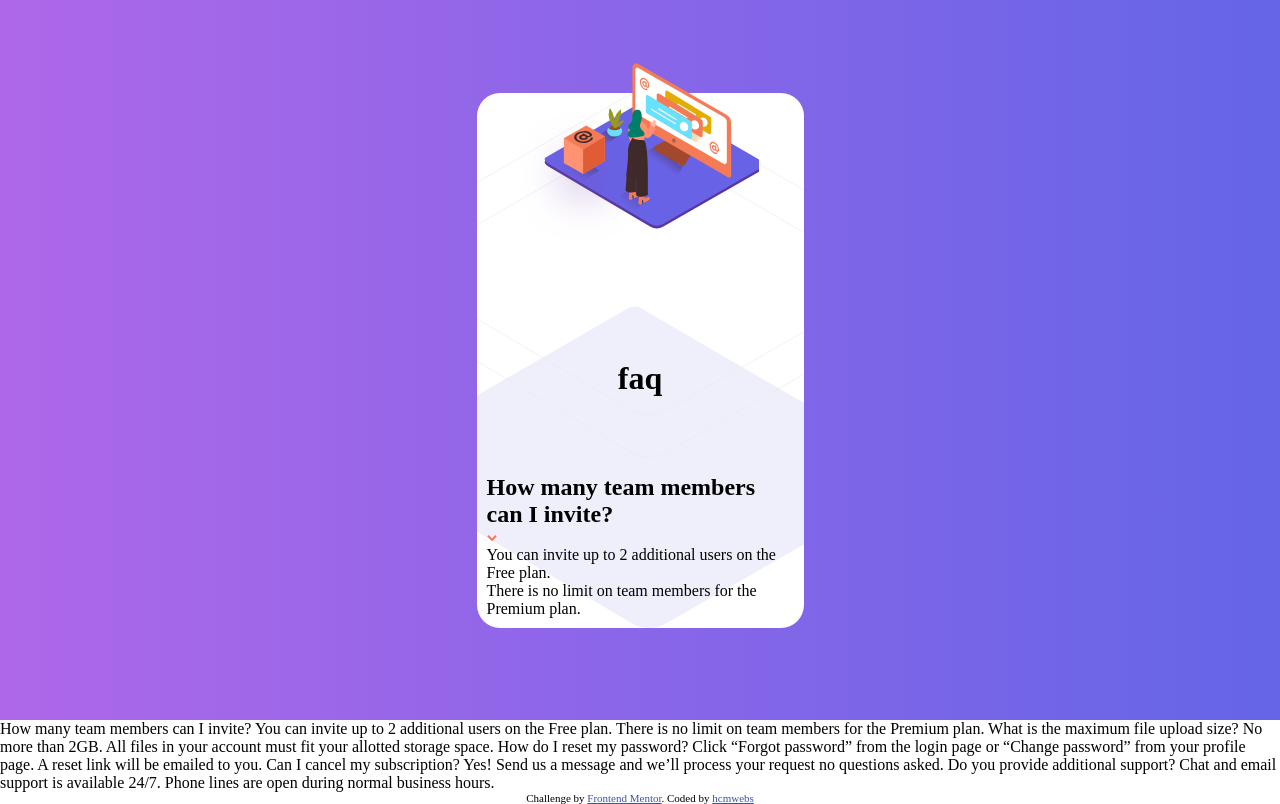
Repository: Hcmwebs/faq-accordion-card
Page: index.html
The author's editor kept a copy of each file at every save. The page is drawn from the files as they stood at one save, then again after the next save.
The browser window is 1280 px wide. The pictures show the whole page.
The style sheet was rebuilt from its Sass, Less or Tailwind sources for each picture, by a compiler version that may differ from the author's.

Above is the page before, as saved 2020-11-05 14:03:05.

### index.html
<!DOCTYPE html>
<html lang="en">
  <head>
    <meta charset="UTF-8" />
    <meta name="viewport" content="width=device-width, initial-scale=1.0" />
    <!-- displays site properly based on user's device -->

    <link
      rel="icon"
      type="image/png"
      sizes="32x32"
      href="./images/favicon-32x32.png"
    />
    <link rel="stylesheet" href="css/main.min.css" />

    <title>Frontend Mentor | FAQ Accordion Card</title>

    <!-- Feel free to remove these styles or customise in your own stylesheet 👍 -->
    <style>
      .attribution {
        font-size: 11px;
        text-align: center;
      }
      .attribution a {
        color: hsl(228, 45%, 44%);
      }
    </style>
  </head>
  <body>
    <div class="container">
      <div class="card">
        <div class="card__header">
          <img
            src="/images/illustration-woman-online-mobile.svg"
            alt="image of a woman online"
          />
        </div>
        <h1>faq</h1>
        <div class="card__body">
          <div class="card__body--text">
            <div class="card__body--text-title">
              <h2>How many team members can I invite?</h2>
              <span>
                <img src="/images/icon-arrow-down.svg" alt="icon-arrow-down" />
              </span>
            </div>
            <p>
              You can invite up to 2 additional users on the Free plan. <br />
              There is no limit on team members for the Premium plan.
            </p>
          </div>
          <div class="divider"></div>
        </div>
      </div>
    </div>

    How many team members can I invite? You can invite up to 2 additional users
    on the Free plan. There is no limit on team members for the Premium plan.
    What is the maximum file upload size? No more than 2GB. All files in your
    account must fit your allotted storage space. How do I reset my password?
    Click “Forgot password” from the login page or “Change password” from your
    profile page. A reset link will be emailed to you. Can I cancel my
    subscription? Yes! Send us a message and we’ll process your request no
    questions asked. Do you provide additional support? Chat and email support
    is available 24/7. Phone lines are open during normal business hours.

    <div class="attribution">
      Challenge by
      <a href="https://www.frontendmentor.io?ref=challenge" target="_blank"
        >Frontend Mentor</a
      >. Coded by
      <a
        href="https://github.com/Hcmwebs/faq-accordion-card.git"
        target="_blank"
        rel="noopener noreferrer"
        >hcmwebs</a
      >
    </div>
  </body>
</html>

### scss/main.scss

// /*====fonts====*/

// @import url('https://fonts.googleapis.com/css2?family=Kumbh+Sans:wght@400;700&display=swap');

// $font-stack: 'Kumbh Sans',sans-serif;
// $font-size: 12px;
// $font-light: 400;
// $font-bold: 700;


// /*====primary color====*/
// /*====text-color====*/

// $veryDarkDesaturatedBlue: hsl(238, 29%, 16%);
// $softRed: hsl(14, 88%, 65%);

// /*====background -gradient====*/

// $gradientSoftViolet: hsl(273, 75%, 66%);
// $gradientSoftBlue: hsl(240, 73%, 65%);

// /*====Neutral color====*/
// /*====text-color====*/

// $veryDarkGrayishBlue: hsl(237, 12%, 33%);
// $darkGrayishBlue: hsl(240, 6%, 50%);

// /*====dividers-color====*/

// $dividersLightGrayishBlue: hsl(240, 5%, 91%);

@import 'variables';
@import 'mixins';


*{
  margin: 0;
  padding: 0;
  box-sizing: border-box;
}

.body{
width: 100%;
height: 100vh;
font-family: $font-stack;
font-size: $font-size;
font-weight: $font-light;
@include grid($center);
}

.container{
  width: 100%;
  height: 100vh;
  background: linear-gradient(90deg,$gradientSoftViolet 0%,$gradientSoftBlue 100%);
  @include flex($column, $center, $center);

  .card{
    width: 327px;
    height:535px;
    background-image: url(/images/bg-pattern-mobile.svg );
    background-size:contain;
    background-repeat: no-repeat;
    background-position: top center;
    background-color: #fff;
    border-radius:23px;
    padding: 10px;
    @include flex(column,space-between,center);


    &__header{
      width: 237px;
      height: 180px;
      transform: translateY(-40px);

      img{
        width: 100%;
        height: 100%;
        object-fit: cover;
      }

    }

    &__body{

      h1{
        font-weight: $font-bold;
        text-transform: uppercase;
      }

    }

  }
}

@import 'medias';

### scss/_variables.scss
/*====fonts====*/

@import url('https://fonts.googleapis.com/css2?family=Kumbh+Sans:wght@400;700&display=swap');

$font-stack: 'Kumbh Sans',sans-serif;
$font-size: 12px;
$font-light: 400;
$font-bold: 700;


/*====primary color====*/
/*====text-color====*/

$veryDarkDesaturatedBlue: hsl(238, 29%, 16%);
$softRed: hsl(14, 88%, 65%);

/*====background -gradient====*/

$gradientSoftViolet: hsl(273, 75%, 66%) ;
$gradientSoftBlue: hsl(240, 73%, 65%);

/*====Neutral color====*/
/*====text-color====*/

$veryDarkGrayishBlue: hsl(237, 12%, 33%);
$darkGrayishBlue: hsl(240, 6%, 50%);

/*====dividers-color====*/

$dividersLightGrayishBlue: hsl(240, 5%, 91%);


/*====alignments====*/
$flexStart: flex-start;
$flexEnd: flex-End;
$center: center;
$spaceAround: space-around;
$spaceBtwn: space-between;


/*====placeItems====*/

$placeItems: place-items;


/*====justify====*/

$justify: justify-content;

/*====align====*/
$align: align-items;

/*====direction====*/
$direction: flex-direction;
$row:row;
$column:column;

### scss/_mixins.scss
/*====grid====*/
@mixin grid($placeItemss) {

  display: grid;
  justify-content: $justify;
  align-items: $align;
}

@mixin flex ($direction, $justify, $align) {
  display: flex;
  flex-direction: $direction;
  justify-content: $justify;
  align-items: $align;

}

### scss/_medias.scss
/*====Mobile: 375px;====*/
/*====Desktop: 1440px;====*/


@media(max-width: 1440px){
  .container{
    min-width: 800px;


    .card{
      background-position: center center;
      background-repeat:no-repeat;
      background-size:cover;
      background-image:url(/images/bg-pattern-desktop.svg);
    }
  }
}

@media(max-width:375px){
  .container{
    min-width:320px;
  }
}

After the next save:
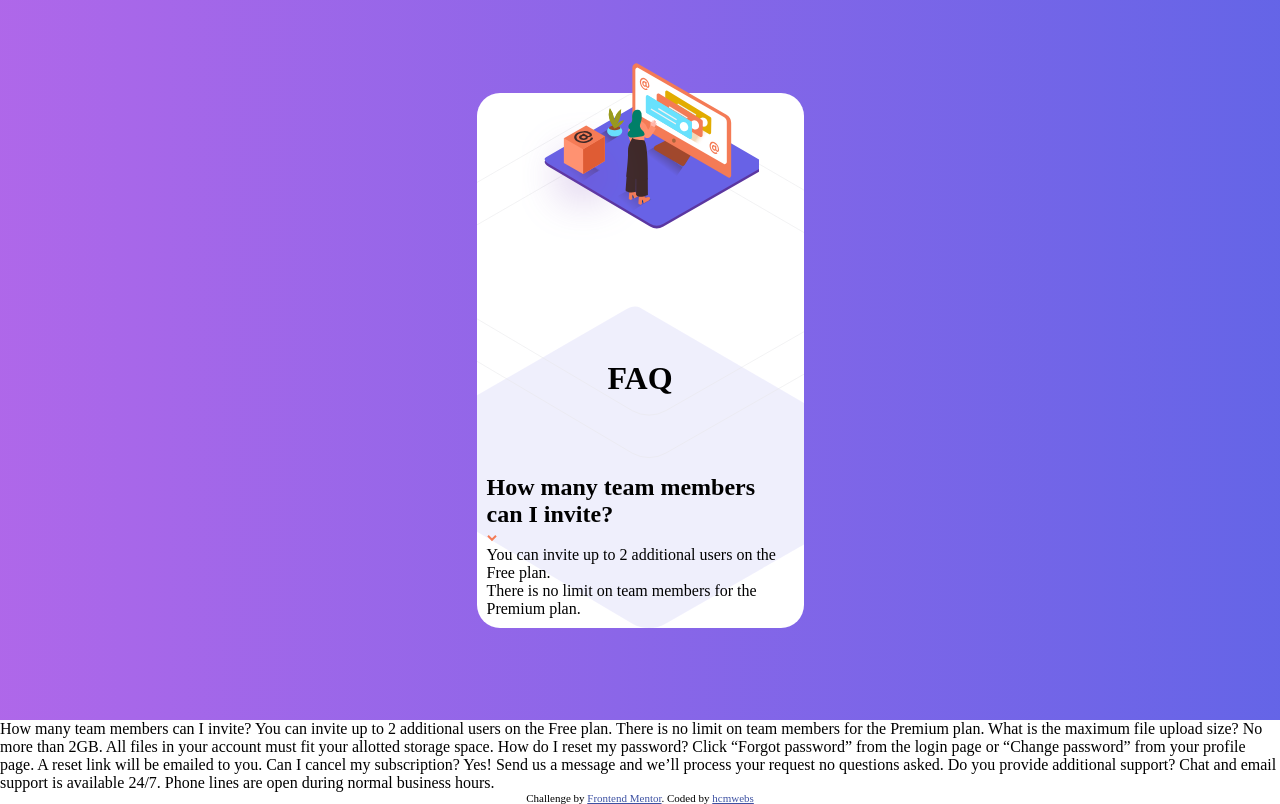
Saved 68 s later.
--- a/scss/main.scss
+++ b/scss/main.scss
@@ -81,12 +81,14 @@
 
     }
 
+    h1{
+            font-weight: $font-bold;
+            text-transform: uppercase;
+          }
+
     &__body{
 
-      h1{
-        font-weight: $font-bold;
-        text-transform: uppercase;
-      }
+
 
     }
 

After the 2 saves that followed:
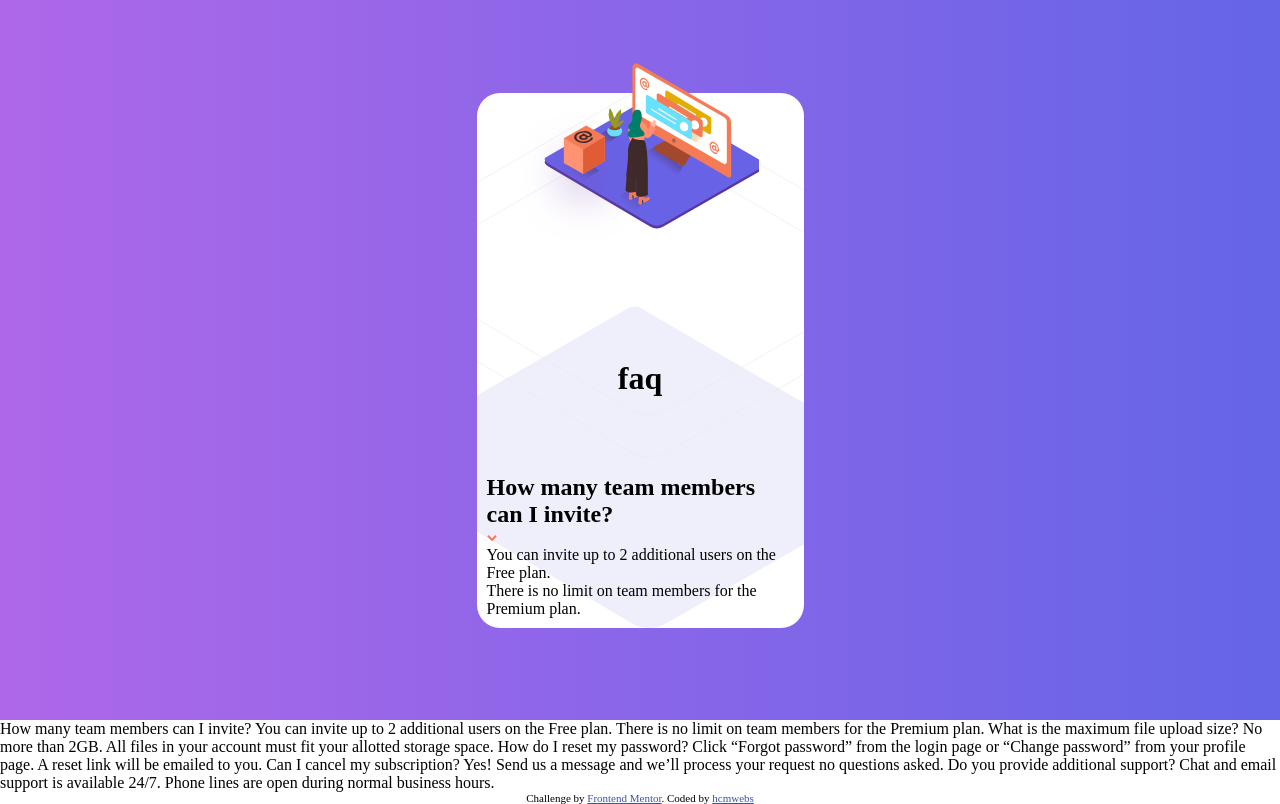
The 2 saves are shown as one change because 1 left the picture as it was.
The last was saved 5 min 53 s later.
--- a/scss/main.scss
+++ b/scss/main.scss
@@ -81,13 +81,14 @@
 
     }
 
-    h1{
-            font-weight: $font-bold;
-            text-transform: uppercase;
-          }
 
     &__body{
 
+      h1{
+      font-weight: $font-bold;
+      font-size: 32px;
+      text-transform: uppercase;
+      }
 
 
     }
